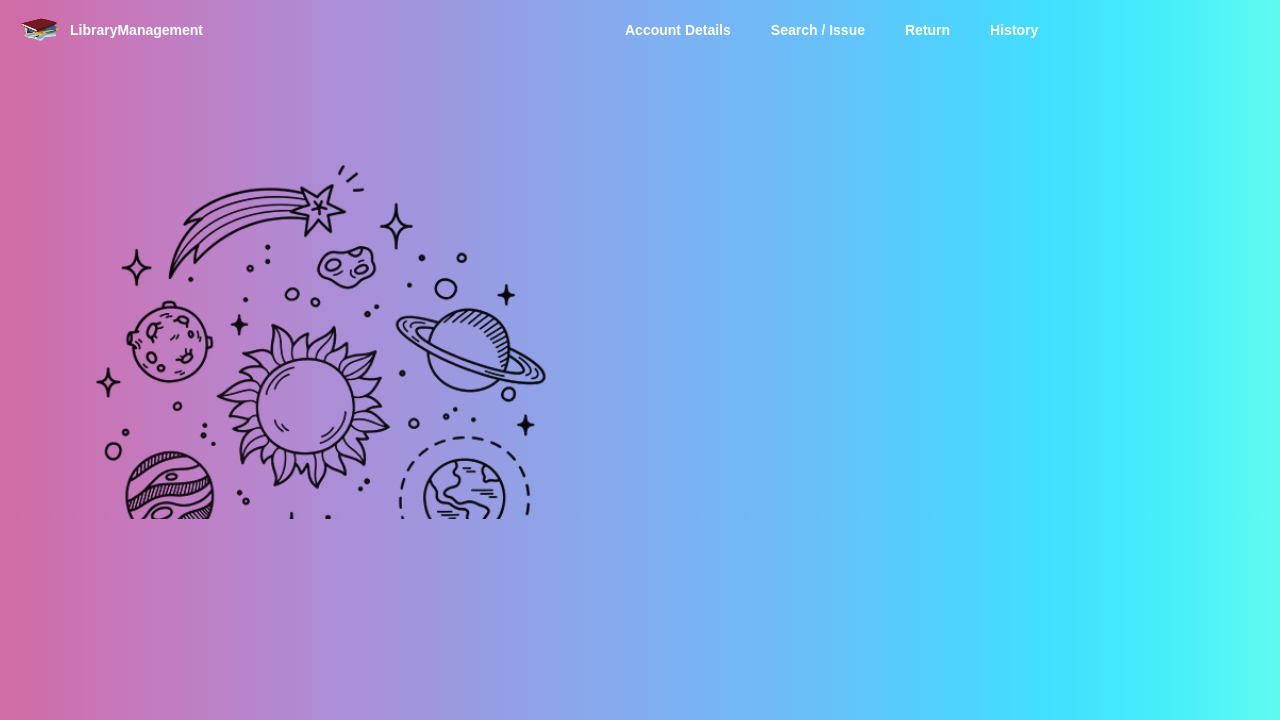
Repository: amitSai12/CMS
Page: http://localhost/LibraryManagementDemo/Menu2.jsp
The author's editor kept a copy of each file at every save. The page is drawn from the files as they stood at one save, then again after the next save.
The browser window is 1280 px wide. The pictures show the whole page.
The page is served by Tomcat 9.

Above is the page before, as saved 2023-10-01 21:01:11.

After the next save:
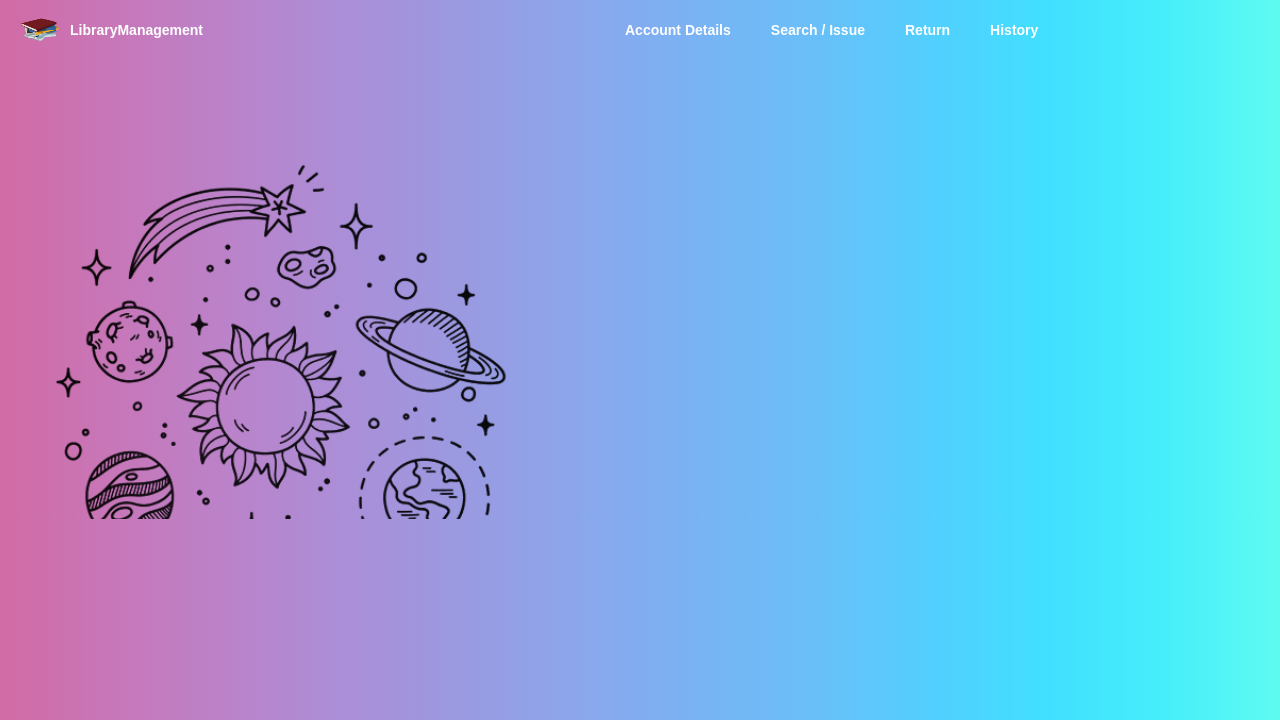
Saved 8 s later.
--- a/Day1_Thu/LibraryManagementDemo/src/main/webapp/menu2.css
+++ b/Day1_Thu/LibraryManagementDemo/src/main/webapp/menu2.css
@@ -80,7 +80,7 @@ body.loaded::before {
 
 
 .imagediv {
-	margin-left: 20px;
+	margin-left: -20px;
     width: 600px; /* Set the width of the div */
     height: 439px; /* Set the height of the div */
     background-image: url('earth.png'); /* Specify the image URL */
